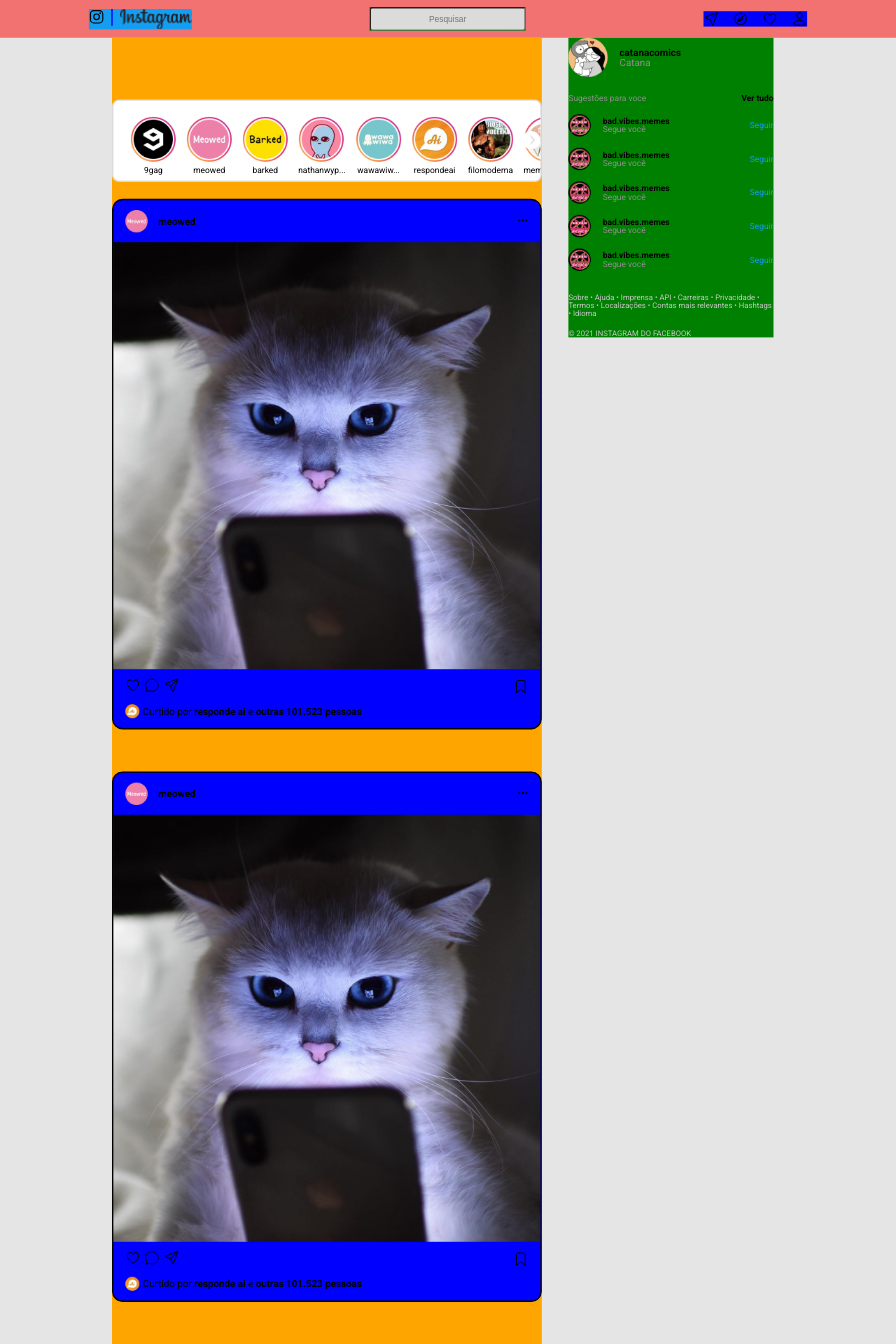
Repository: Zezinoo/proj-2-instagram-clone
Page: index.html
These files come from the project's save history. The page is drawn as it stood at one moment and after the next save; the edit follows.
The browser window is 1280 px wide. The pictures show the part of the page from y = 0 to 1920 px (the page is 2738 px tall), at 70% of full size.
Some web libraries are served in a nearby version.

Above is the page before, as saved 2022-06-05 03:05:12.

After the next save:
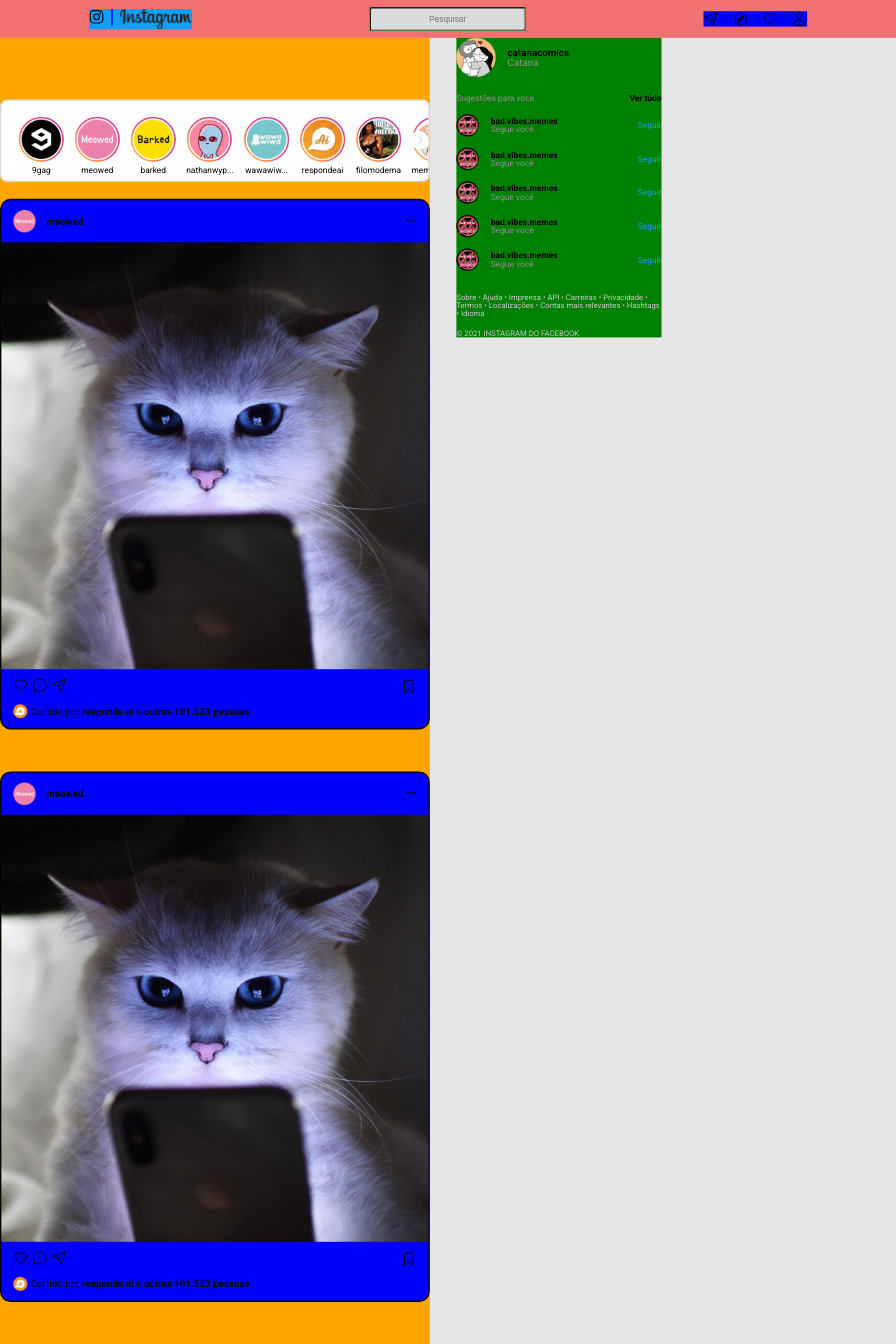
Saved 63 s later.
--- a/style.css
+++ b/style.css
@@ -62,9 +62,7 @@
 .feed {
     display: flex;
     flex-direction: row;
-    position: absolute;
-    top: 54px;
-    left: 160px;
+    margin: 0 auto;
 }
 
 
